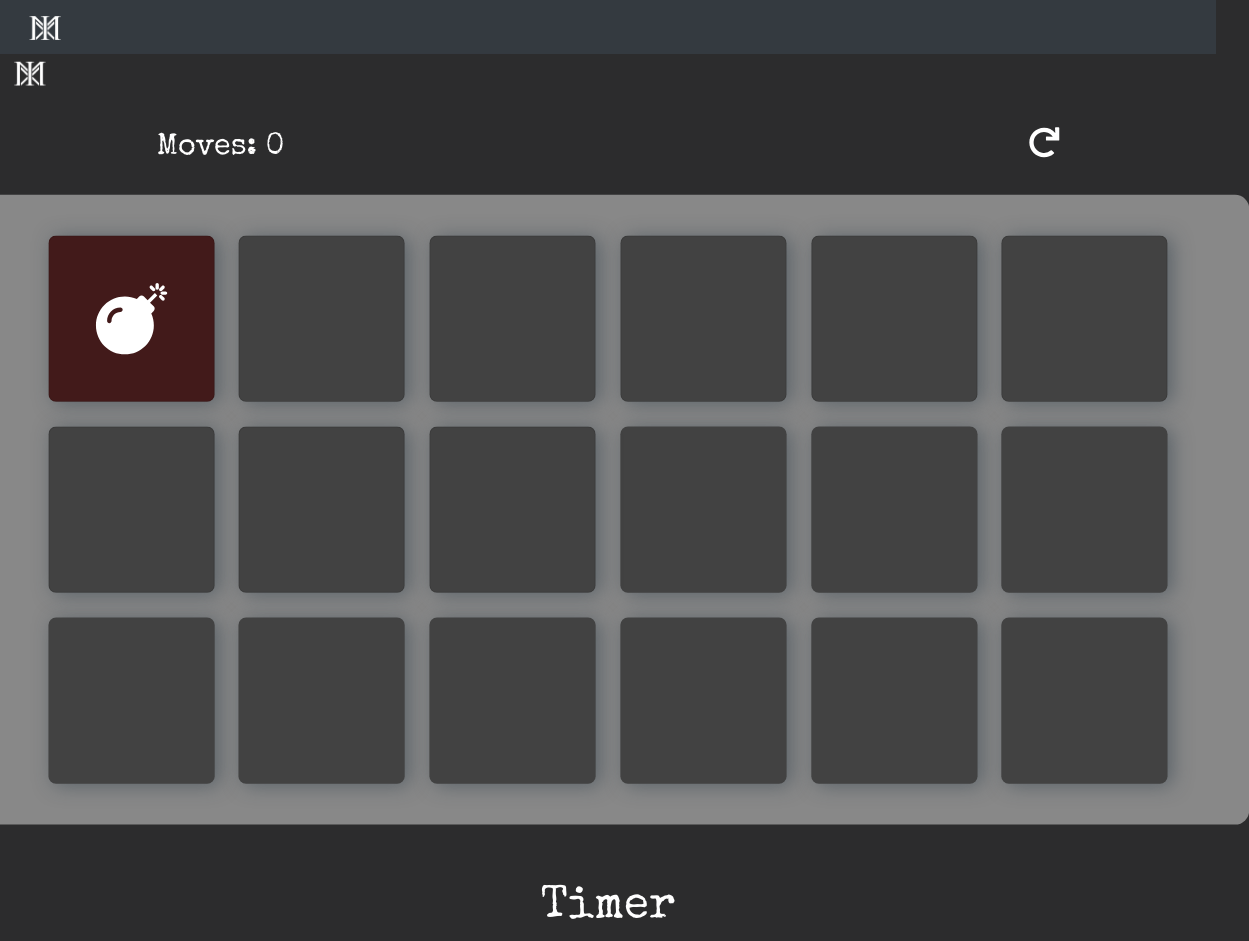
Repository: Code-Institute-Submissions/Milestone-25
Page: game.html
The author's editor kept a record of every edit. The page is drawn from the files as they stood at one moment, then again after the next edit.
The browser window is 1280 px wide. The page is 1315 px wide, so the pictures cover 1315 px, including what lies to the right of the window. The pictures show the whole page, at 95% of full size.
Some web libraries are served in a nearby version.

Above is the page before.
Console error: SyntaxError: Unexpected token ')'

After the next edit:
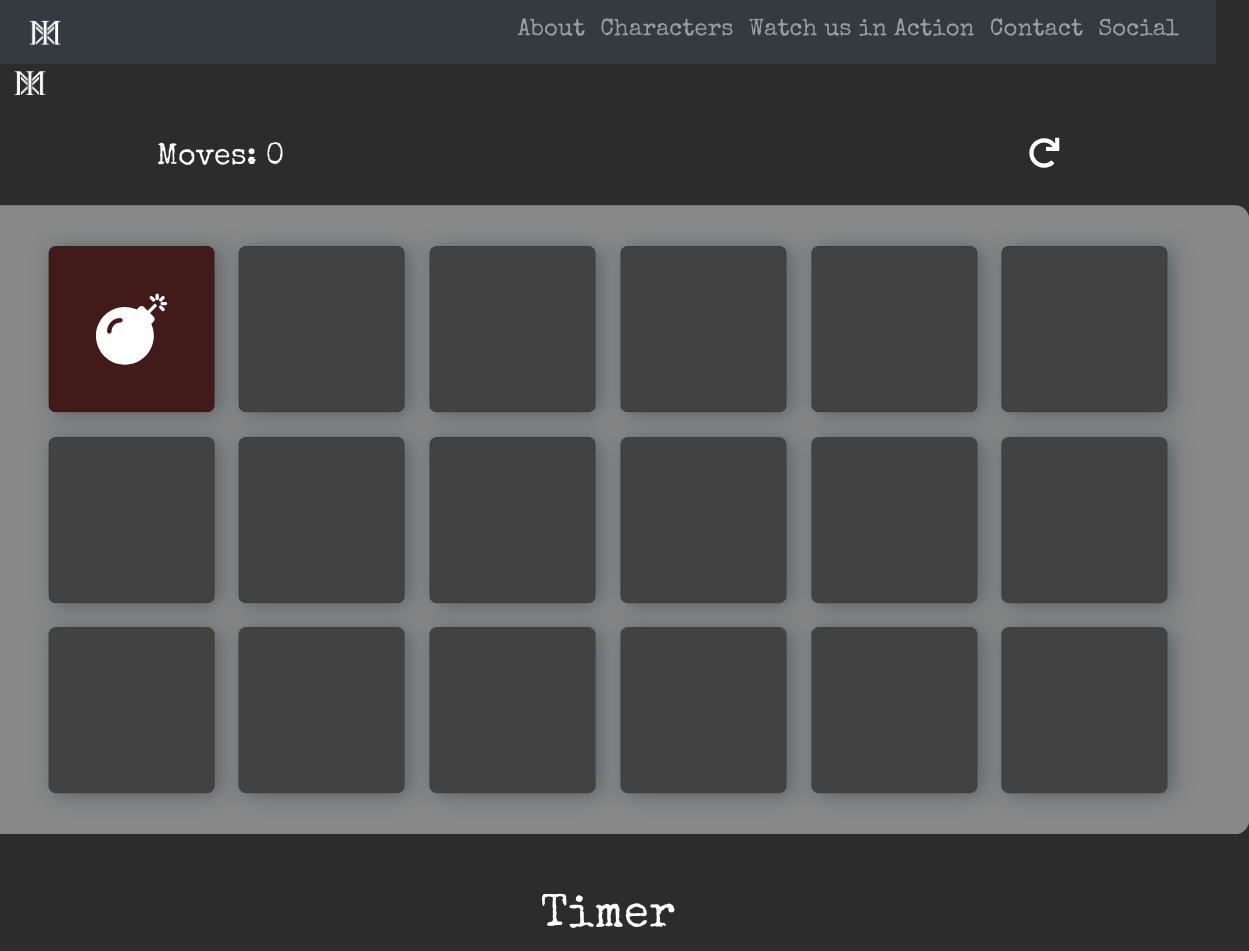
The edit:
--- a/game.html
+++ b/game.html
@@ -18,6 +18,28 @@
   <nav class="navbar navbar-expand-md navbar-dark bg-dark sticky-top">
     <div class="container-fluid">
       <a class="navbar-brand"><img src="./assets/images/logo.png" height="25" alt="Memoryphile Logo"></a>
+      <button class="navbar-toggler" type="button" data-toggle="collapse" data-target="#navbarResponsive">
+          <span class="navbar-toggler-icon"></span>
+        </button>
+      <div class="collapse navbar-collapse" id="navbarResponsive">
+        <ul class="navbar-nav ml-auto">
+          <li class="nav-item">
+            <a class="nav-link" href="#about">About</a>
+          </li>
+          <li class="nav-item">
+            <a class="nav-link" href="#characters">Characters</a>
+          </li>
+          <li class="nav-item">
+            <a class="nav-link" href="#episode">Watch us in Action</a>
+          </li>
+          <li class="nav-item">
+            <a class="nav-link" href="#contact">Contact</a>
+          </li>
+          <li class="nav-item">
+            <a class="nav-link" href="#sociallinks">Social</a>
+          </li>
+        </ul>
+      </div>
     </div>
   </nav>
 </body>
